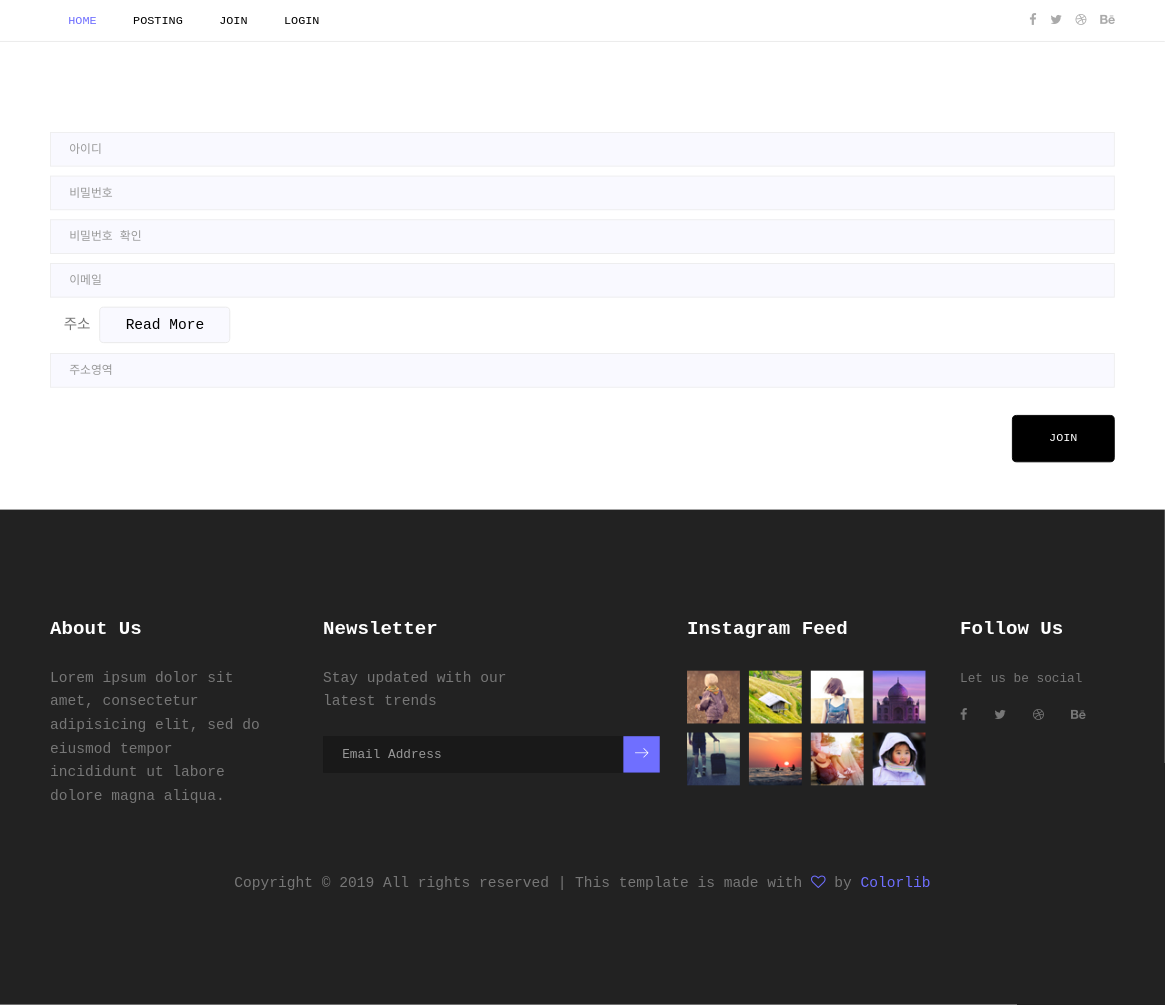
Repository: heonyKim/JSP
Page: http://localhost/blog/user/join.jsp
An editor plug-in stored every save of this project. The page is shown before and after the next save, followed by the edit.
The browser window is 1280 px wide. The pictures show the whole page, at 91% of full size.
Some web fonts or font styles are not loaded; a fallback is used. The page is served by Tomcat 9.

Above is the page before, as saved 2019-10-31 01:21:02.

After the next save:
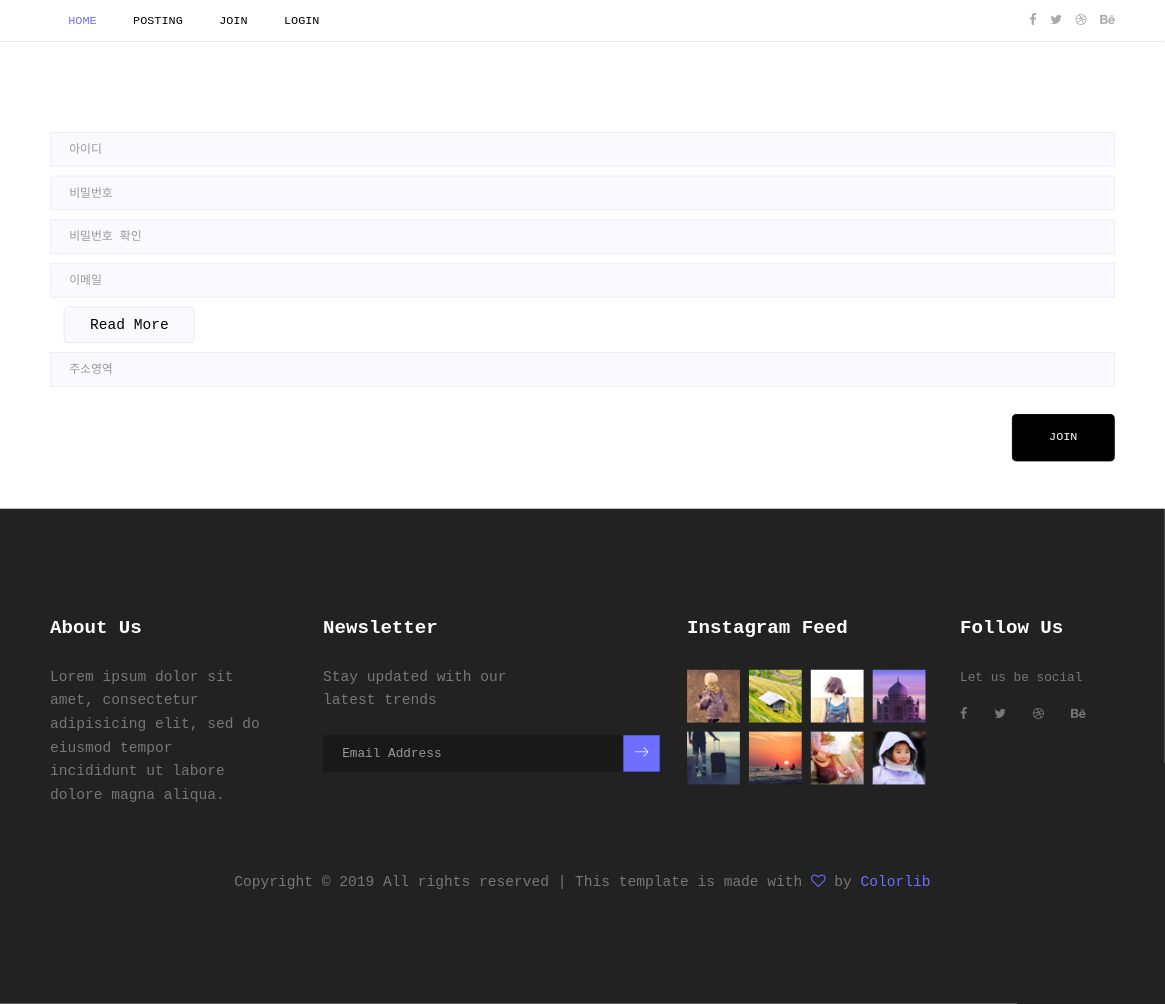
Saved 11 s later.
--- a/blog_project/blog/WebContent/user/join.jsp
+++ b/blog_project/blog/WebContent/user/join.jsp
@@ -41,7 +41,7 @@
 						<div class="form-group">
 							<div class="col-md-12">
 								<div class="form-group">
-									<label>주소</label> <a class="blog_btn" href="#">Read More</a>
+									<a class="blog_btn" href="#">Read More</a>
 								</div>
 							</div>
 							<input type="text" class="form-control" name="adress" id="adress" required="required" placeholder="주소영역" maxlength="60" readonly>
